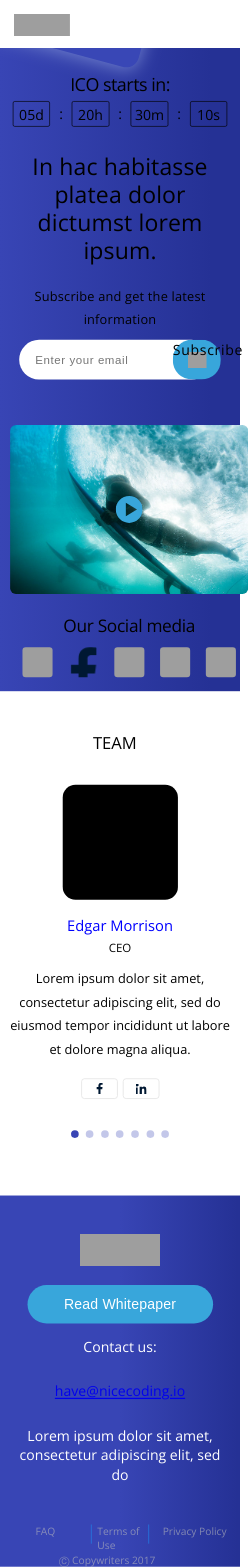
Repository: McGregorSt/newOne
Page: index.html
An editor plug-in stored every save of this project. The page is shown before and after the next save, followed by the edit.
The browser window is 375 px wide. The page is 388 px wide, so the pictures cover 388 px, including what lies to the right of the window. The pictures show the whole page, at 64% of full size.
Pictures or frames that could not be fetched are drawn as grey boxes.

Above is the page before, as saved 2019-12-18 09:28:34.

After the next save:
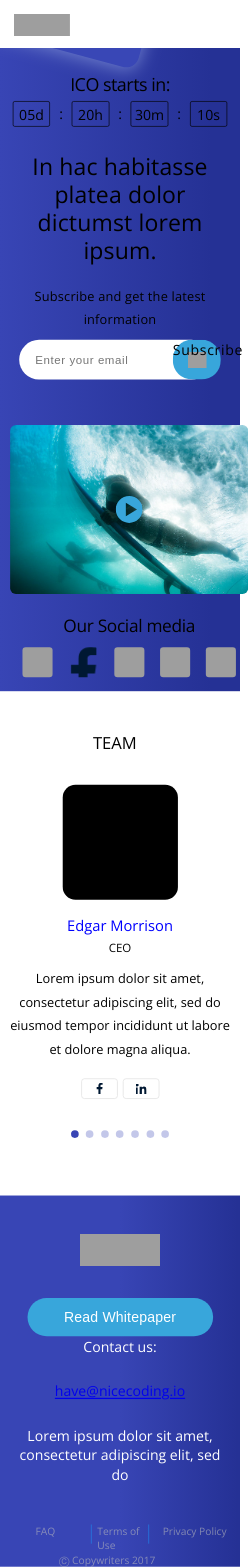
Saved 8 s later.
--- a/css/style.css
+++ b/css/style.css
@@ -692,7 +692,7 @@ section footer
     top: 0;
     left: 0;
   }
-  .footer__main > {
+  .footer__main > a {
     position: relative;
     top: 20px;
   }
